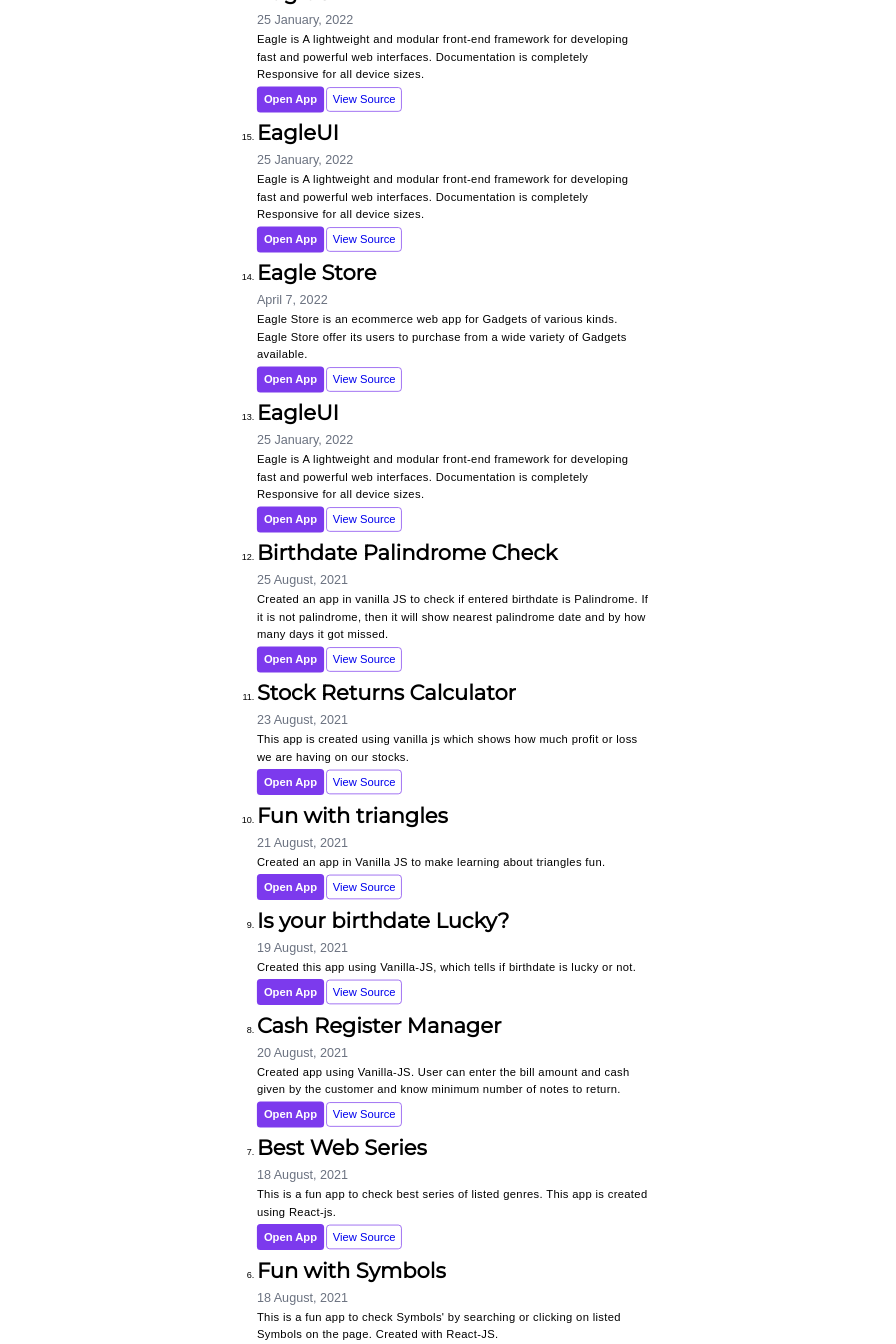
Repository: anuj-kumary/Portfolio
Page: project.html
These files come from the project's save history. The page is drawn as it stood at one moment and after the next save; the edit follows.
The browser window is 1280 px wide. The pictures show the part of the page from y = 461 to 2381 px (the page is 3699 px tall before and 3649 px after), at 70% of full size.

Above is the page before, as saved 2022-11-12 10:13:53.

After the next save:
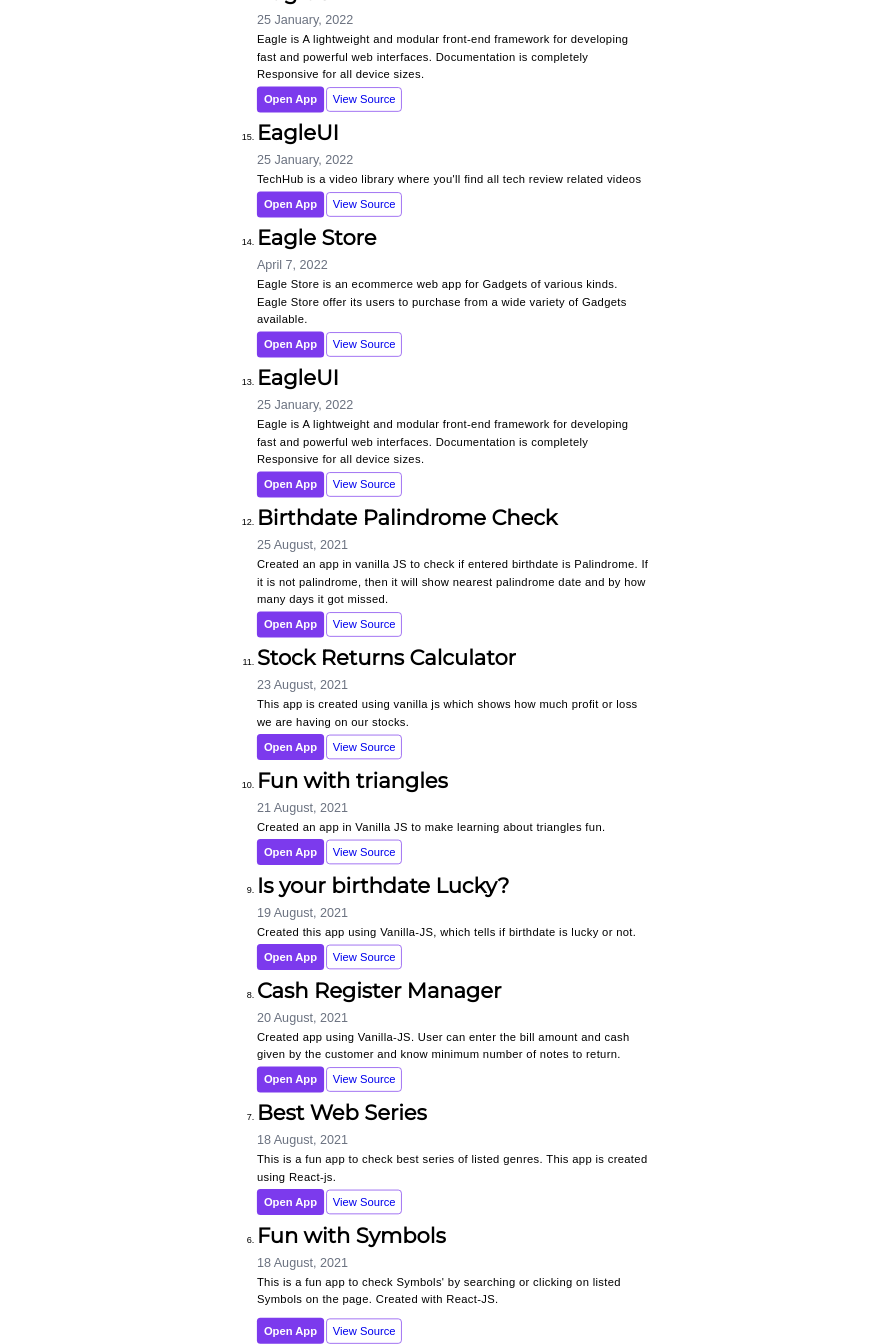
Saved 2 min 12 s later.
--- a/project.html
+++ b/project.html
@@ -62,7 +62,7 @@
         <article class="article article-padding ">
           <h1>EagleUI</h1>
           <time>25 January, 2022</time>
-          <p class="description">Eagle is A lightweight and modular front-end framework for developing fast and powerful web interfaces. Documentation is completely Responsive for all device sizes.
+          <p class="description">TechHub is a video library where you'll find all tech review related videos
           </p>
          <a class="link" href="https://techhub-react.netlify.app/">Open App</a>
          <a class="btn1" href="https://github.com/anuj-kumary/TechHub">View Source</a>
